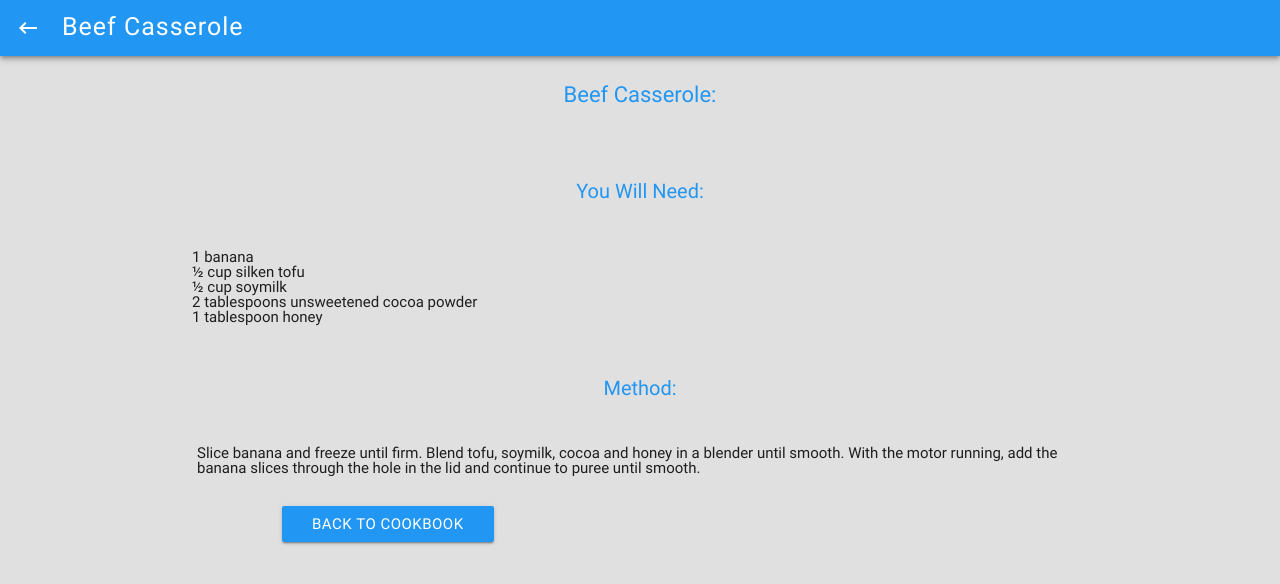
Repository: mattmoloney/vitae-2.0
Page: http://localhost/recipes/drink_recipies/drrecipie4.php
The author's editor kept a record of every edit. The page is drawn from the files as they stood at one moment, then again after the next edit.
The browser window is 1280 px wide. The pictures show the whole page.
The page is run by PHP 8.4 with error messages shown; the project is at /var/www/html/.

Above is the page before.

### recipes/drink_recipies/drrecipie4.php
<!DOCTYPE html>
<html xmlns="http://www.w3.org/1999/xhtml">

<head>
    <title>Vitae</title>
    <meta http-equiv="Content-Type" content="/html; charset=UTF-8" />
    <meta name="description" content="" />
    <meta name="keywords" content="" />
    <meta name='language' content='EN'>
    <meta name="viewport" content="width=device-width, initial-scale=1.0" />
    <link rel="icon" type="image/png" href="" />

    <link href="../../css/reset.css" rel="stylesheet" />
    <link href="https://fonts.googleapis.com/icon?family=Material+Icons" rel="stylesheet">
    <link href="https://fonts.googleapis.com/css?family=Montserrat|Oswald|Roboto" rel="stylesheet">

     <link href="../../css/materialize.min.css" rel="stylesheet" />
     <link href="../../css/style.css" rel="stylesheet" />
<?php
session_start();
?>
    </head>

    <body>

<div class="container-fluid">
    <div class="row headbar-container">
        <div class="headbar blue z-depth-2">
            <a href="../../drinksmenu.php" class="menu-icon"><i class="material-icons">keyboard_backspace</i></a>
            <div class="headtitle">Beef Casserole</div>
        </div>
    </div>
</div>


<div class="container">

                <h2>Beef Casserole:</h2>
                <br>
                <br>
                <h3>You Will Need:</h3>
                <br>
                <br>
                <ul id="ingredience">
                    <li>1 banana</li>
                    <li>½ cup silken tofu</li>
                    <li>½ cup soymilk</li>
                    <li>2 tablespoons unsweetened cocoa powder</li>
                    <li>1 tablespoon honey</li>
                </ul>
                <br>
                <br>
                <h3>Method:</h3>
                <br>
                <br>
                <p>Slice banana and freeze until firm. Blend tofu, soymilk, cocoa and honey in a blender until smooth.
                With the motor running, add the banana slices through the hole in the lid and continue to puree until smooth.</p>

                     <a href="../../food.php"><input class="btn" type="submit" name="submit" value="Back to CookBook" style="margin-left: 6em; margin-bottom: 1em; margin-top: 2em;" /></a>

            </div> <!--container-->

    <script src="../../js/jquery-3.1.1.min.js"></script>
    <script type="text/javascript" src="../../js/materialize.min.js"></script>
</body>

</html>

### css/style.css
html,body
{
	transition: all 1s ease;
    width: 100%;
    height: 100%;
    margin: 0px;
    padding: 0px;
    overflow-x: hidden;
    background-color: #e0e0e0;
}

[type="radio"]:not(:checked), [type="radio"]:checked {
    position: relative;
    left: 0px;
    opacity: 1;
    margin-left:15px;
}

input, button, submit
{
  border:none;
  background  : none;
}

select {
    display: block!important;
    margin: 5px 0px;
}

h1{

    color: #2196F3;
    font-size: 30px;
    text-align: center;
}

h2{

    color: #2196F3;
    font-size: 22px;
    text-align: center;
}

h3 {

    color: #2196F3;
    font-size: 20px;
    text-align: center;
}

h4 {

    color: #000;
    font-size: 24px;
    text-align: left;
    padding-top: 15px;
    padding-left: 5px;
}

h5{

    color: #2196F3;
    font-size: 20px;
    text-align: left;
    padding-left: 5px;
}

p{

    padding-left: 5px;
}

.btn, .btn-large {
    background-color: #2196F3!important;
}

.nostyle {
	color: inherit;
	text-decoration: none;
}

.separator {
    height: 1px;
    width: 100%;
    background-color: #DDDDDD;
    margin : 15px 0px;
}

/**homepage**/

.menu-row {
    height: 140px;
}

.container-index {
    margin-top: 50px;
}

.blue-circle-left {
    border-radius: 50%;
	width: 75px;
	height: 75px;
    float: left;
    background-color: #2196F3;
}

.blue-circle-right {
    border-radius: 50%;
	width: 75px;
	height: 75px;
    float: right;
    background-color: #2196F3;
}

.icon-circle {
    color:white;
    margin-top: 0.4em;
    margin-left:0.45em;
    margin-right:auto;
    font-size: 40px;
}

.category-name {
    text-align: center;
    font-size: 22px;
    margin-top: 22px;
    color: #555555;

}

.menu-subgroup {
    width: 75px;
    margin-left: auto;
    margin-right: auto;
    display: block;
}

.btn-track-index {
    width: 100%;
    margin: 10px 0px;
}

/**cookbook**/

.menu-btn {
    width: 150px;
}

.container-food {

    margin-top: 50px;
}

.best_recipies {

    background-color: #fff;
    color: #DDD;
}


/******Topbar****/

.headbar-container {
    width:100%;
    margin:0;
    height:56px;
    z-index:90;
}


.headbar {
    width:100%;
    margin:0;
    height:56px;
    z-index:90;
    position: relative
}

.menu-icon {
    width:24px;
    font-size:48px;
    color:white;
    margin-left:16px;
    float: left;
}

.menu-icon-down {
    width:24px;
    font-size:48px;
    color:white;
    margin-top: 0.3em;
    margin-left:16px;
    float: left;
}

.headtitle {
    color:white;
    font-size: 25px;
    float: left;
    margin-left:22px;
    line-height: 54px;
    letter-spacing: 1px;
}

.menu-icon-share {
    width:24px;
    height:56px;
    font-size:48px;
    color:white;
    margin-right:16px;
    float: right;
}

.menu-icon-profile {
    width:24px;
    height:56px;
    font-size:48px;
    color:white;
    margin-right:16px;
    float: right;
}

.menu-icon-profile-down {
    width:24px;
    height:56px;
    font-size:48px;
    color:white;
    margin-top: 0.3em;
    margin-right:16px;
    float: right;
}

/******Profile page****/

.not-logged-p {
    margin-top:20px;
    font-size: 18px;
    line-height: 25px;
}

.sub-headbar {
    width:100%;
    margin-top:0px;
    height:42px;
    z-index:20;
}

.profile-name {
    color:white;
    font-size: 18px;
    float: left;
    margin-left:20px;
    line-height: 42px;
}

.profile-row h5 {
    font-size: 18px;
    margin-top: 15px;
    text-align: center;
    font-weight: 700;
    color: #212121;
}

.profile-photo {
    border-radius: 50%;
    margin-left:auto;
    margin-right:auto;
	width: 110px;
	height: 110px;
    background-color: #2196F3;
}

.profile-photo img{
	width: 100px;
	height: 100px;
    margin-top:5px;
}

.profile-infos {
    text-align: left;
    margin-top:20px;
}


.card-profile {
    display:block;
    width:100%;
    padding:20px;
}

.profile-title {
    font-weight: 700;
    font-size: 19px;
    margin-bottom: 15px;
    color: #212121;
}

.profile-othertitle{
    font-size: 17px;
    margin-bottom: 10px;
    color: #212121;
}

.profile-title a {
    float: right;
}

.profile-subtitle {
    margin-bottom: 5px;
}

.profile-link  {
    width: 100%;
}

.records-cont {
    margin-bottom: 12px;
    margin-left:7px;
}

.profile-save {
    width: 100%;
    margin-top: 10px;
}

.form-entry {
    margin: 10px 0px;
}

.select-img {
    margin-top: 20px;
    text-align:center;
}

.select-img img {
    height:80px;
    width:80px;
}



/******Register page****/

.form-register{

    width: 90%;
    margin-left: 1.5em;
    margin-top: 3em;
}

/******Login page****/


.login-form {
    margin-top: 20px;
}
.register-now-container {
    margin-top:30px;
}

/******trackers page****/
.container-weight {
}

.current-weight-title {
    text-align:center;
    font-weight: 700;
    font-size: 22px;
    margin-bottom:20px;
}

.actual-weight {
    color: #2196F3;
}

.weight-tl {
    width: 94%;
    margin-top: 30px;
    margin-left: 3%;
    margin-right: 3%;
    padding-bottom:0px;
    text-align:center;
}

.weight-lines {
    text-align:center;
}

.weight-line {
    font-size: 18px;
    margin-bottom: 15px;
}

.current-sleep-title {
    font-weight:700;
    font-size: 22px;
    margin-bottom:15px;
}

.current-sleep-subtitle {
    font-size: 18px;
    margin-bottom:15px;
}


.sleep-btn{
    margin-top: 20px;
}


/******sports page****/
.sport-submit {
    margin-left: auto;
    margin-right:auto;
    display:block;
}
.input-group {
    margin: 10px 0px;
}

.form-sport{

    width: 90%;
    margin-left: 1.5em;
}

.activities-sport {
    margin-top:20px;
}

.sport-tl-firstline {
    font-size: 16px;
    margin-bottom: 10px;
}

.sport-tl-secondline {
    font-size: 14px;
}

Loaded but not shown: css/reset.css (common file); css/materialize.min.css (library); js/jquery-3.1.1.min.js (library); js/materialize.min.js (library)

After the next edit:
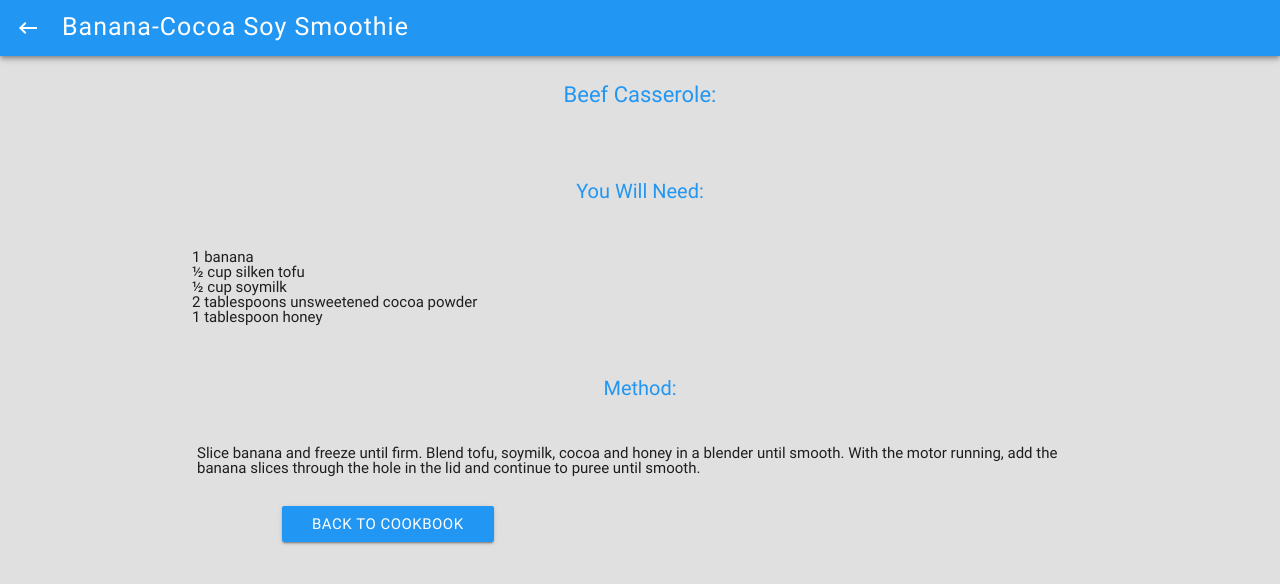
The edit:
--- a/recipes/drink_recipies/drrecipie4.php
+++ b/recipes/drink_recipies/drrecipie4.php
@@ -27,7 +27,7 @@
     <div class="row headbar-container">
         <div class="headbar blue z-depth-2">
             <a href="../../drinksmenu.php" class="menu-icon"><i class="material-icons">keyboard_backspace</i></a>
-            <div class="headtitle">Beef Casserole</div>
+            <div class="headtitle">Banana-Cocoa Soy Smoothie</div>
         </div>
     </div>
 </div>
